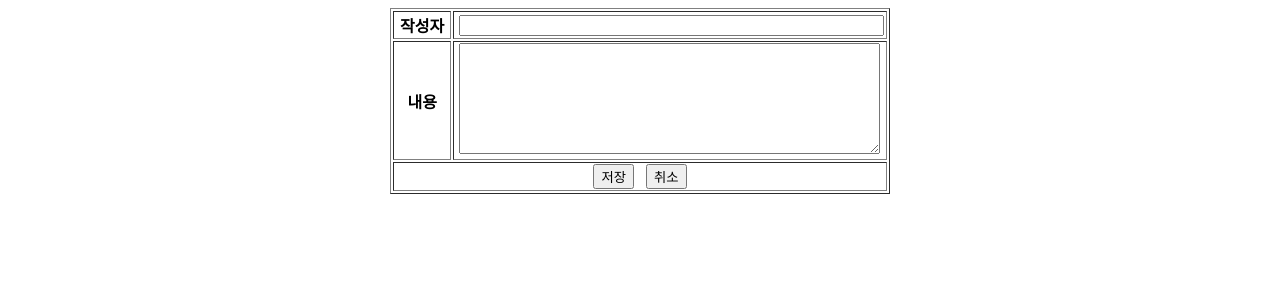
Repository: munjungbae/JspStudy
Page: jspStudy/src/main/webapp/bbs/register.html
These files come from the project's save history. The page is drawn as it stood at one moment and after the next save; the edit follows.
The browser window is 1280 px wide. The pictures show the whole page.

Above is the page before, as saved 2024-12-03 08:09:47.

### jspStudy/src/main/webapp/bbs/register.html
<!DOCTYPE html>
<html>
<head>
<meta charset="UTF-8">
<meta name="viewport" content="width=device-width, initial-scale=1.0">
<title>방명록 작성하기</title>
</head>
<body>
	<form method="post" action="/jspStudy/memberInsert">
		<table align="center" width="500" border="1">
			<tr>
				<th width="70">작성자</th>
				<td width="430">&nbsp;<input type="text" name="name"
					size="50">
				</td>
			</tr>
			<tr>
				<th>내용</th>
				<td>&nbsp;<textarea rows="7" cols="50" name="memo">
                 </textarea>
				</td>
			</tr>
			<tr>
				<td colspan="2" align="center"><input type="submit" value="저장">&nbsp;&nbsp;
					<input type="reset" value="취소"></td>
			</tr>
		</table>
	</form>
</body>
</html>

After the next save:
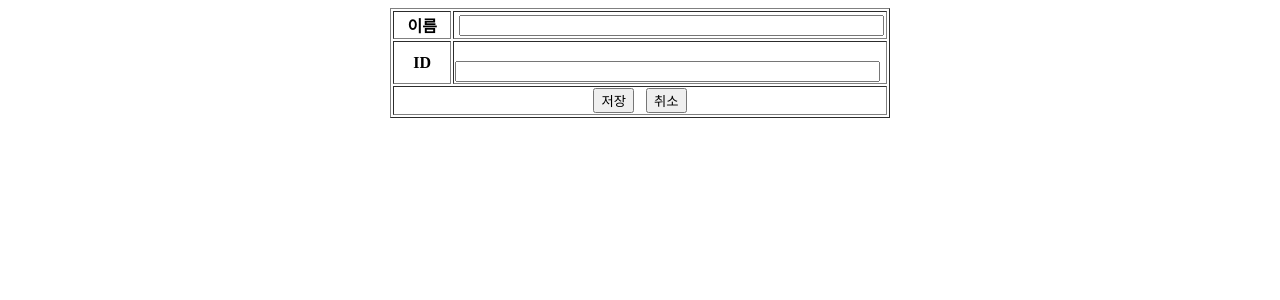
Saved 106 s later.
--- a/jspStudy/src/main/webapp/bbs/register.html
+++ b/jspStudy/src/main/webapp/bbs/register.html
@@ -9,15 +9,14 @@
 	<form method="post" action="/jspStudy/memberInsert">
 		<table align="center" width="500" border="1">
 			<tr>
-				<th width="70">작성자</th>
+				<th width="70">이름</th>
 				<td width="430">&nbsp;<input type="text" name="name"
 					size="50">
 				</td>
 			</tr>
 			<tr>
-				<th>내용</th>
-				<td>&nbsp;<textarea rows="7" cols="50" name="memo">
-                 </textarea>
+				<th width="70">ID</th>
+				<td>&nbsp; <input type="text" name="id" size="50">
 				</td>
 			</tr>
 			<tr>
